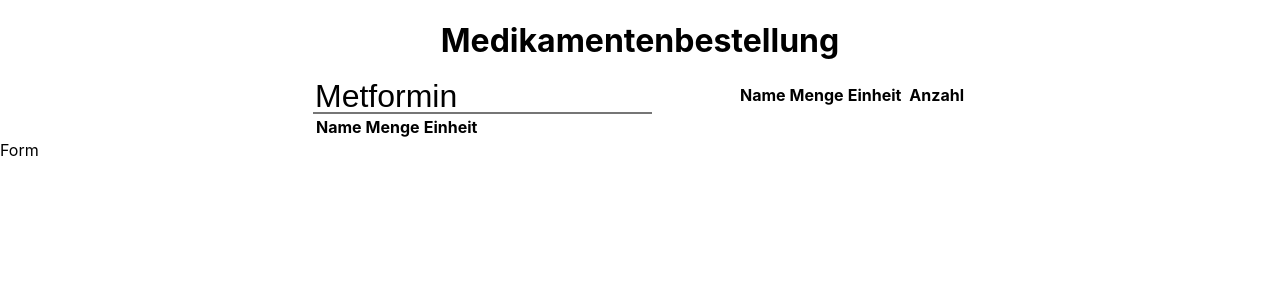
Repository: Esatollah/MedDemo
Page: / (app in client/)
These files come from the project's save history. The page is drawn as it stood at one moment and after the next save; the edit follows.
The browser window is 1280 px wide. The pictures show the whole page.
The page's requests for data from a server got no answer. The project was rebuilt for these pictures with package versions that can differ from the ones it lists, and the page was loaded fresh each time. No one was signed in, and anything a server would have sent is missing. Also part of the build but not shown: client/src/App.css.

Above is the page before, as saved 2022-06-02 15:52:59.

### client/src/App.js
import './App.css';
import SearchBar from './components/Search';
function App() {
  return (
    <div>
      <SearchBar></SearchBar>
    </div>
  );
}

export default App;

### client/src/components/Search.jsx
import React, {useState, useEffect} from 'react'
import DrugAPI from '../api/DrugAPI';
import Form from './Form';
// import Cart from './Cart';
import './Search.css'


const Search = () => {
  const [searchinput, setSearchinput] = useState("Metformin");
  const [drugs, setDrugs] = useState([]);
  const [cartitems, setCartitems] = useState([]);

  // add loading screen, maybe with loading while drugs empty
  useEffect(() => {
    const fetchData = async () => {
      try {
        const result = await DrugAPI.get(`/?drugsearch=${searchinput}`)
        setDrugs(result.data.meds)
      } catch (err) {
        console.error(err);
      }
    }

    fetchData();

  }, [searchinput])

  const handleDrugClick = (e, x) => {
    console.log(x);
    setCartitems([...cartitems, x]);
  }

  const handleDelete = (e, x, index) => {
    let temp = [...cartitems]
    console.log(index)

    temp.splice(index, 1);

    console.log(temp)
    setCartitems(temp);
  }

  return (
    <>
        <h1>Medikamentenbestellung</h1>
        <div className='order-box'>
<div className='search-box'>
        <input type="search" placeholder="Suche" id="okhre" value={searchinput} onChange={e => setSearchinput(e.target.value)}/>
        <div className='table-box'>
        <table>
          <thead>
            <tr>
              <th scope='col'>
                Name
              </th>
              <th scope='col'>Menge</th>
              <th scope='col'>Einheit</th>
              <th scope='col'></th>
            </tr>
          </thead>
          <tbody>
            {drugs && drugs.map((x) => {
              return (
                <tr key={x.id} className="drug-row" >
                <td className={x.name}>{x.name}</td>
                <td>{x.menge}</td>
                <td>{x.mengenart}</td>
                <td><button onClick={(e) => {handleDrugClick(e, x)}}>+</ button></td>
                </tr>
              )
            })}
          </tbody>

        </table>
</div>
        </div>

        <table>
          <thead>
            <tr>
              <th scope='col'>
                Name
              </th>
              <th scope='col'>Menge</th>
              <th scope='col'>Einheit</th>
              <th scope='col'></th>
              <th scope='col'>Anzahl</th>
            </tr>
          </thead>
          <tbody>
            {cartitems && cartitems.map((x, index) => {
              if(x.abgabezahl){
              return (
                <tr key={index} className="drug-row" >
                <td>{x.name}</td>
                <td>{x.menge}</td>
                <td>{x.mengenart}</td>
                <td><button onClick={(e) => handleDelete(e,x,index)}>-</button></td>
                <td><select><option value="1">1</option><option value="2">2</option></select></td>
                </tr>
              )
              }
              return (
                <tr key={index} className="drug-row" >
                <td>{x.name}</td>
                <td>{x.menge}</td>
                <td>{x.mengenart}</td>
                <td><button onClick={(e) => handleDelete(e,x,index)}>-</button></td>
                <td>1</td>
                </tr>
              )
            })}
          </tbody>
        </ table>
        </div>

        <Form cartitems={cartitems} setCartitems={setCartitems}/>
    </>
    )
}

export default Search

### client/src/api/DrugAPI.js
import axios from 'axios'

export default axios.create({
    baseURL: "http://localhost:5000/api"
})

### client/src/components/Form.jsx
import React from 'react'

const Form = props => {
  return (
    <div>Form</div>
  )
}

export default Form

### client/src/components/Search.css
#okhre {
    width:80%;
    height: 2rem;
    outline:none;
    border-top: hidden;
    border-right: hidden;
    border-left: hidden;
    font-size: 2rem;
}

.table-box {
    max-height: 200px;
    max-width: 80%;
    min-width:80%;
    overflow-y: auto;
}

h1 {
    display:flex;
    justify-content: center;
}

.order-box {
    display: flex;
    justify-content: center;
}

.search-box {
    max-width:50%;
}

.drug-row:hover {
    background-color: beige;
}

Loaded but not shown: client/public/index.html (common file); client/src/index.js (common file); client/src/index.css (common file)

After the next save:
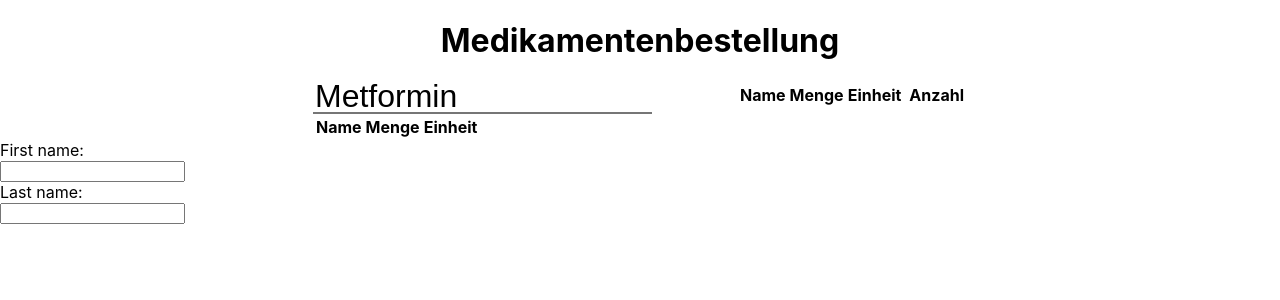
Saved 18 min 30 s later.
--- a/client/src/components/Form.jsx
+++ b/client/src/components/Form.jsx
@@ -2,7 +2,15 @@ import React from 'react'
 
 const Form = props => {
   return (
-    <div>Form</div>
+    <div>
+        <form>
+            <label for="fname">First name:</label><br/>
+            <input type="text" id="fname" name="fname" /><br/>
+            <label for="lname">Last name:</label><br />
+            <input type="text" id="lname" name="lname" />
+        </form>
+    </div>
+
   )
 }
 
